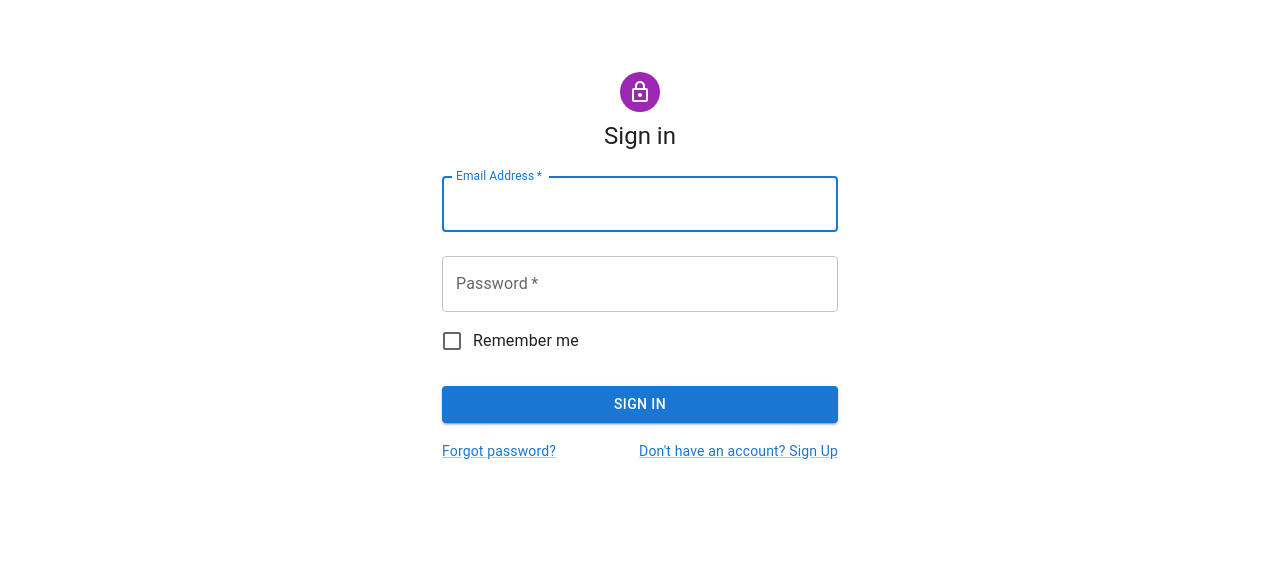
Repository: background-position/midway-react
Page: /about
The author's editor kept a copy of each file at every save. The page is drawn from the files as they stood at one save, then again after the next save.
The browser window is 1280 px wide. The pictures show the whole page.
The project was rebuilt for these pictures with package versions that can differ from the ones it lists, and the page was loaded fresh each time. Also part of the build but not shown: vite.config.ts, src/apis/lambda/index.ts, src/pages/index.tsx.

Above is the page before, as saved 2021-12-30 17:39:47.

### src/main.tsx
import React from 'react';
import ReactDOM from 'react-dom';
import './index.css';
import App from './App';
import { BrowserRouter } from 'react-router-dom';
ReactDOM.render(
    <BrowserRouter>
        <React.StrictMode>
            <App />
        </React.StrictMode>
    </BrowserRouter>,
    document.getElementById('root'),
);

### src/App.tsx
import React from 'react';
import { Routes, Route } from 'react-router-dom';
import About from './pages/about';
import Index from './pages/index';
function App() {
    return (
        <div className="App">
            <Routes>
                <Route path="/" element={<Index />} />
                <Route path="about" element={<About />} />
            </Routes>
        </div>
    );
}
export default App;

### src/pages/about.tsx
import * as React from 'react';
import Avatar from '@mui/material/Avatar';
import Button from '@mui/material/Button';
import CssBaseline from '@mui/material/CssBaseline';
import TextField from '@mui/material/TextField';
import FormControlLabel from '@mui/material/FormControlLabel';
import Checkbox from '@mui/material/Checkbox';
import Link from '@mui/material/Link';
import Grid from '@mui/material/Grid';
import Box from '@mui/material/Box';
import LockOutlinedIcon from '@mui/icons-material/LockOutlined';
import Typography from '@mui/material/Typography';
import Container from '@mui/material/Container';
import { createTheme, ThemeProvider } from '@mui/material/styles';

function Copyright(props: any) {
    return (
        <Typography
            variant="body2"
            color="text.secondary"
            align="center"
            {...props}
        >
            {'Copyright © '}
            <Link color="inherit" href="https://mui.com/">
                Your Website
            </Link>{' '}
            {new Date().getFullYear()}
            {'.'}
        </Typography>
    );
}

const theme = createTheme();

export default function SignIn() {
    const handleSubmit = (event: React.FormEvent<HTMLFormElement>) => {
        event.preventDefault();
        const data = new FormData(event.currentTarget);
        // eslint-disable-next-line no-console
        console.log({
            email: data.get('email'),
            password: data.get('password'),
        });
    };

    return (
        <ThemeProvider theme={theme}>
            <Container component="main" maxWidth="xs">
                <CssBaseline />
                <Box
                    sx={{
                        marginTop: 8,
                        display: 'flex',
                        flexDirection: 'column',
                        alignItems: 'center',
                    }}
                >
                    <Avatar sx={{ m: 1, bgcolor: 'secondary.main' }}>
                        <LockOutlinedIcon />
                    </Avatar>
                    <Typography component="h1" variant="h5">
                        Sign in
                    </Typography>
                    <Box
                        component="form"
                        onSubmit={handleSubmit}
                        noValidate
                        sx={{ mt: 1 }}
                    >
                        <TextField
                            margin="normal"
                            required
                            fullWidth
                            id="email"
                            label="Email Address"
                            name="email"
                            autoComplete="email"
                            autoFocus
                        />
                        <TextField
                            margin="normal"
                            required
                            fullWidth
                            name="password"
                            label="Password"
                            type="password"
                            id="password"
                            autoComplete="current-password"
                        />
                        <FormControlLabel
                            control={
                                <Checkbox value="remember" color="primary" />
                            }
                            label="Remember me"
                        />
                        <Button
                            type="submit"
                            fullWidth
                            variant="contained"
                            sx={{ mt: 3, mb: 2 }}
                        >
                            Sign In
                        </Button>
                        <Grid container>
                            <Grid item xs>
                                <Link href="#" variant="body2">
                                    Forgot password?
                                </Link>
                            </Grid>
                            <Grid item>
                                <Link href="#" variant="body2">
                                    {"Don't have an account? Sign Up"}
                                </Link>
                            </Grid>
                        </Grid>
                    </Box>
                </Box>
            </Container>
        </ThemeProvider>
    );
}

Loaded but not shown: index.html (common file); src/index.css (common file)

After the next save:
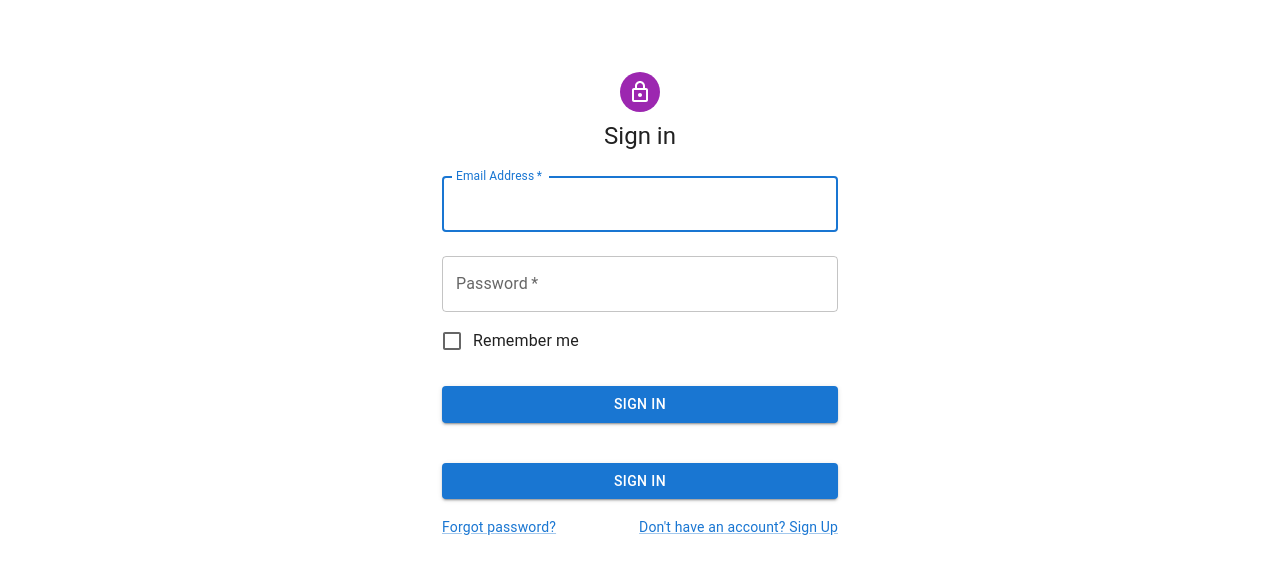
Saved 29 s later.
--- a/src/pages/about.tsx
+++ b/src/pages/about.tsx
@@ -102,6 +102,14 @@ export default function SignIn() {
                         >
                             Sign In
                         </Button>
+                        <Button
+                            type="submit"
+                            fullWidth
+                            variant="contained"
+                            sx={{ mt: 3, mb: 2 }}
+                        >
+                            Sign In
+                        </Button>
                         <Grid container>
                             <Grid item xs>
                                 <Link href="#" variant="body2">
